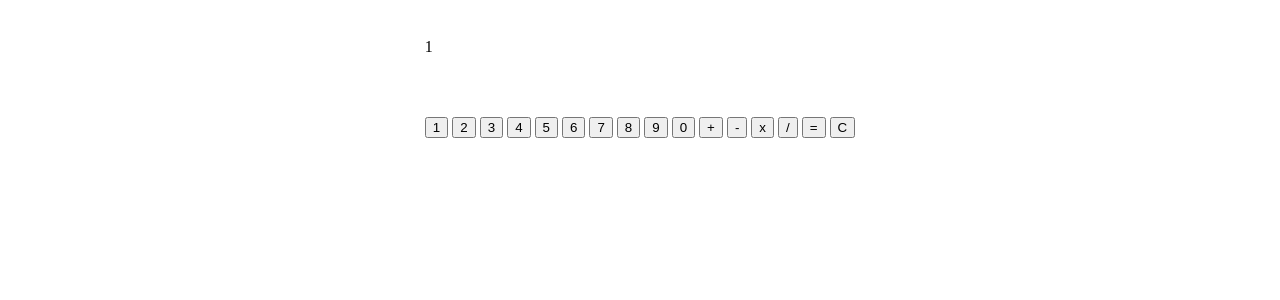
Repository: TEazy2433/LAB-calculator
Page: index.html
The author's editor kept a copy of each file at every save. The page is drawn from the files as they stood at one save, then again after the next save.
The browser window is 1280 px wide. The pictures show the whole page.

Above is the page before, as saved 2023-10-13 17:20:31.

### index.html
<!DOCTYPE html>
<html lang="en">
<head>
  <meta charset="UTF-8">
  <meta name="viewport" content="width=device-width, initial-scale=1.0">
  <title>calculator</title>
  <link rel="stylesheet" href="main.css">
</head>
<body>

  <div class="container">
    <div class="display">1</div>
    <div class="buttons">
      <button class="key">1</button>
      <button class="key">2</button>
      <button class="key">3</button>
      <button class="key">4</button>
      <button class="key">5</button>
      <button class="key">6</button>
      <button class="key">7</button>
      <button class="key">8</button>
      <button class="key">9</button>
      <button class="key">0</button>
      <button class="operator">+</button>
      <button class="operator">-</button>
      <button class="operator">x</button>
      <button class="operator">/</button>
      <button class="equals">=</button>
      <button class="clear">C</button>



    </div>
  </div>


</body>
</html>

### main.css
.container{
  height: 10rem;
  display: grid;
  justify-content: center;
  align-items: center;

}
.display{

}
.key{

}
.operator{

}
.equals{

}

After the next save:
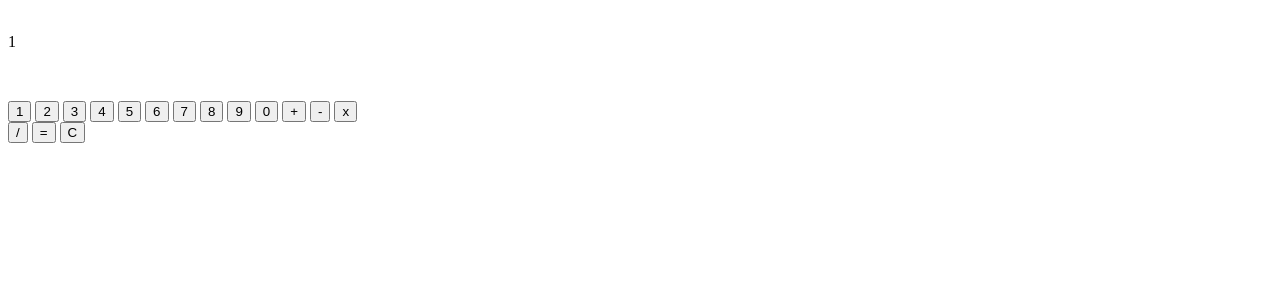
Saved 35 s later.
--- a/main.css
+++ b/main.css
@@ -3,7 +3,7 @@
   display: grid;
   justify-content: center;
   align-items: center;
-
+  max-inline-size: 22rem;
 }
 .display{
 
